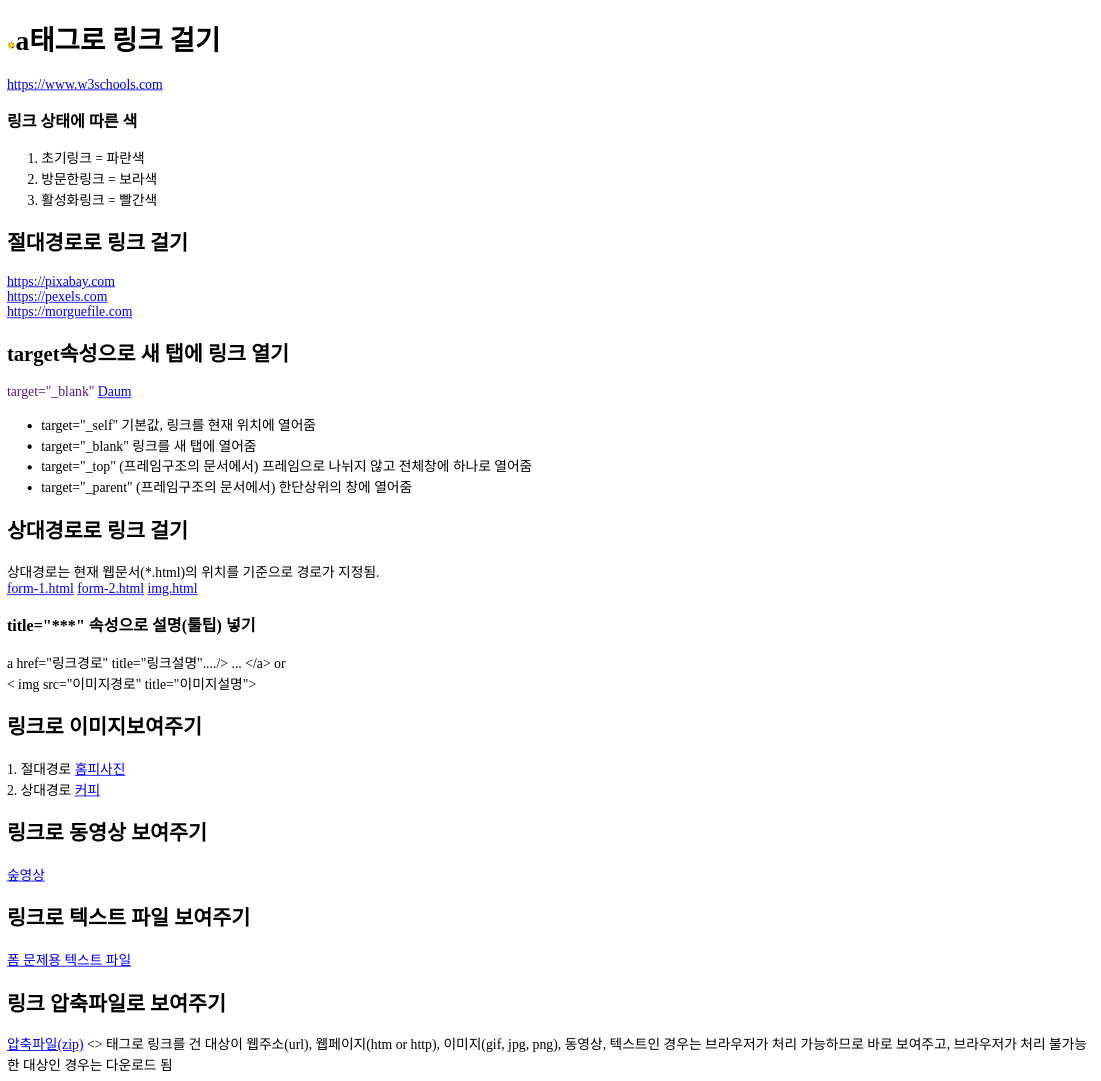
Repository: ReadStar/Web
Page: Html/html5/WebContent/A.html
These files come from the project's save history. The page is drawn as it stood at one moment and after the next save; the edit follows.
The browser window is 1280 px wide. The pictures show the whole page, at 86% of full size.

Above is the page before, as saved 2020-08-20 08:23:42.

After the next save:
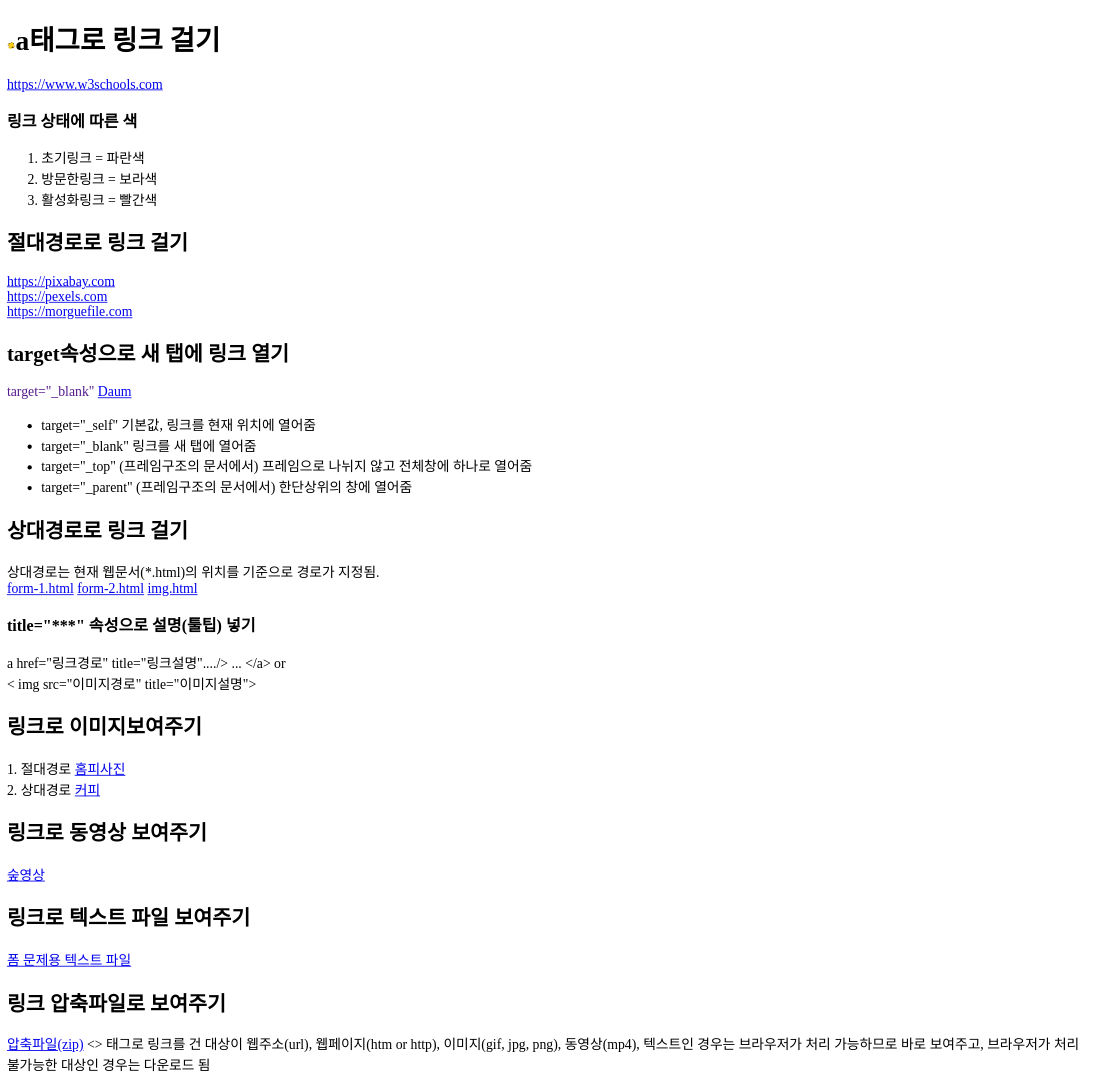
Saved 5 s later.
--- a/Html/html5/WebContent/A.html
+++ b/Html/html5/WebContent/A.html
@@ -58,7 +58,7 @@ or <br>
 <h2>링크 압축파일로 보여주기</h2>
 <a href="압축파일.zip">압축파일(zip)</a>
 <>
-태그로 링크를 건 대상이 웹주소(url), 웹페이지(htm or http), 이미지(gif, jpg, png), 동영상, 텍스트인 경우는 브라우저가 처리 가능하므로 바로 보여주고,
+태그로 링크를 건 대상이 웹주소(url), 웹페이지(htm or http), 이미지(gif, jpg, png), 동영상(mp4), 텍스트인 경우는 브라우저가 처리 가능하므로 바로 보여주고,
 브라우저가 처리 불가능한 대상인 경우는 다운로드 됨
 </body>
 </html>
